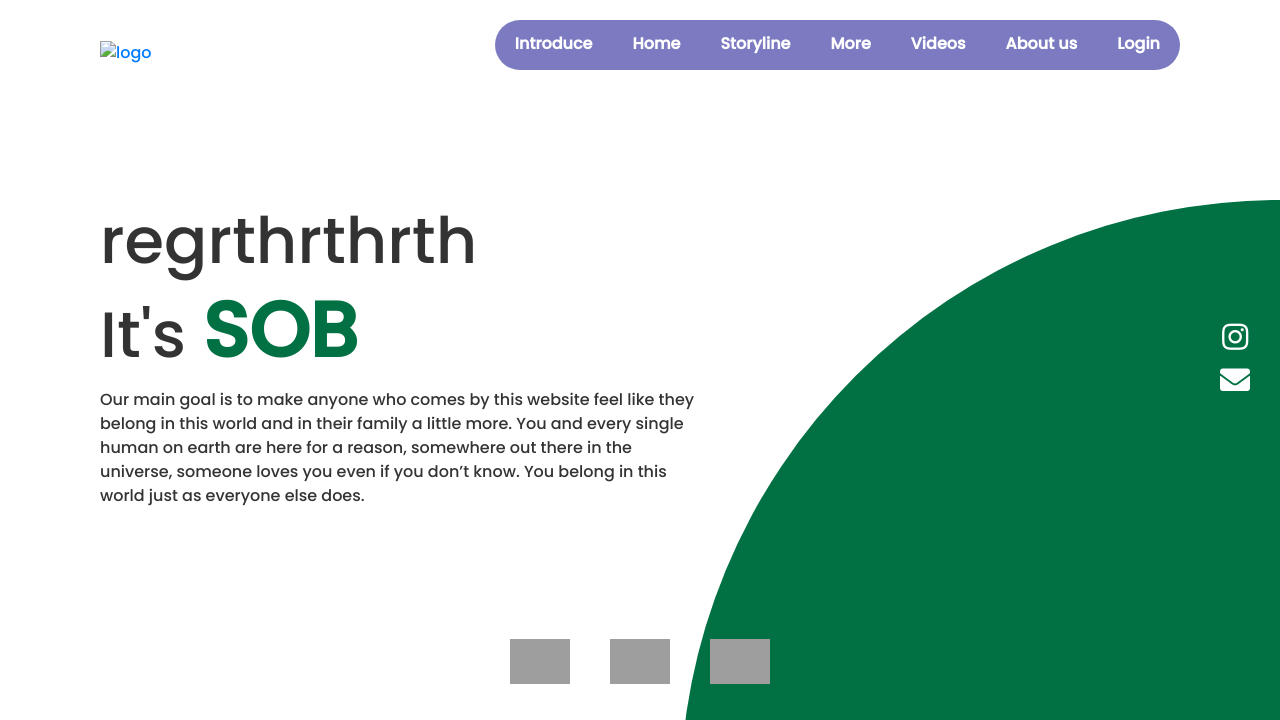
Repository: LeDucHai007/test3
Page: intro1.html
An editor plug-in stored every save of this project. The page is shown before and after the next save, followed by the edit.
The browser window is 1280 px wide. The pictures show the whole page.
Pictures or frames that could not be fetched are drawn as grey boxes. Some web fonts or font styles are not loaded; a fallback is used. Some web libraries are served in a nearby version.

Above is the page before, as saved 2022-02-11 16:14:53.
Console error: TypeError: Cannot set properties of null (setting 'onclick')

After the next save:
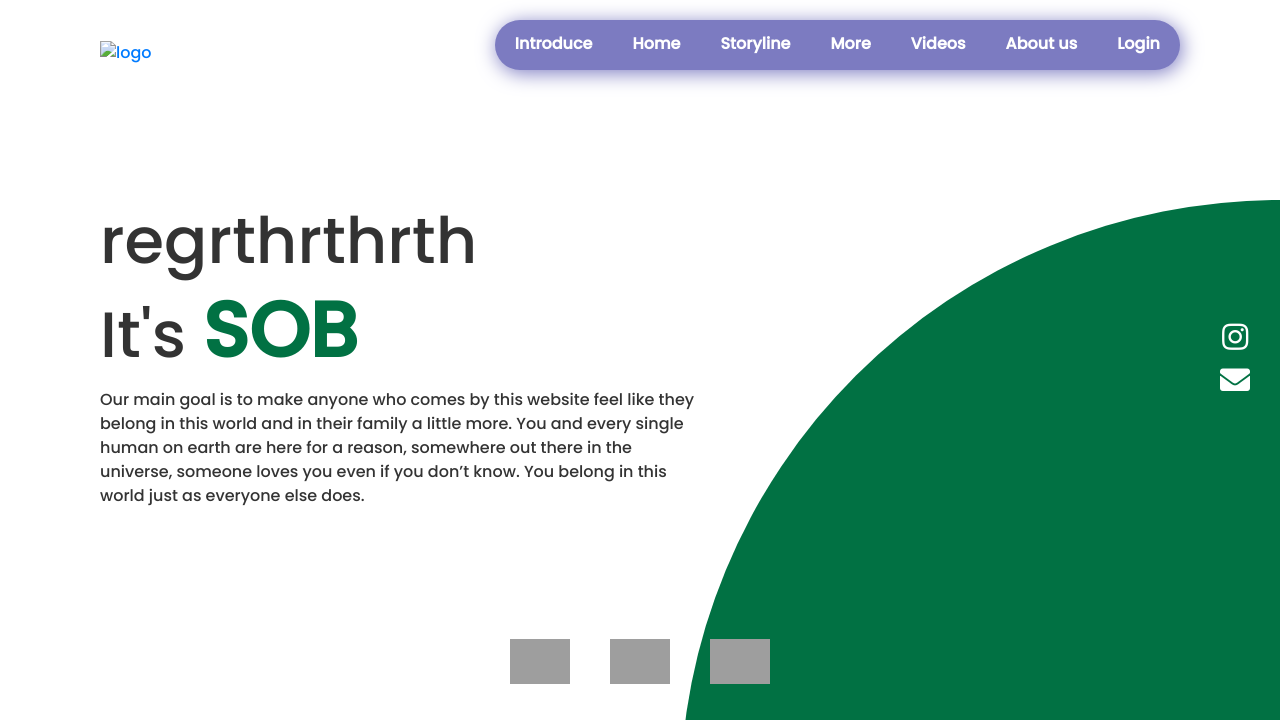
Saved 2 min 4 s later.
--- a/intro1.css
+++ b/intro1.css
@@ -40,6 +40,7 @@ header ul {
     display: flex;
     background: #7c7bc1;
     border-radius: 50px;
+    box-shadow: 2px 3px 20px #7c7bc1;
 }
 
 header ul li {
